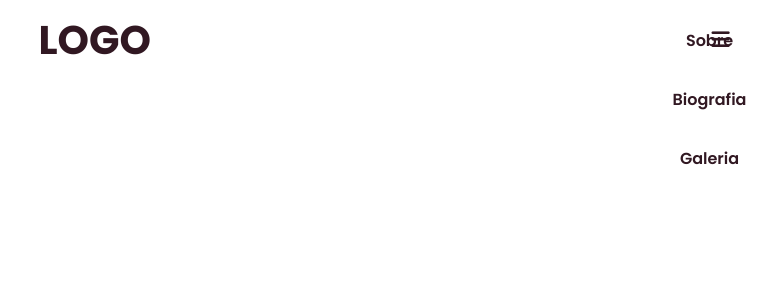
Repository: Matheus904-12/Teste
Page: teste.html
An editor plug-in stored every save of this project. The page is shown before and after a run of saves, followed by the edit.
The browser window is 768 px wide. The pictures show the whole page.
Some web libraries are served in a nearby version.

Above is the page before, as saved 2023-11-01 10:19:57.

After the next 3 saves:
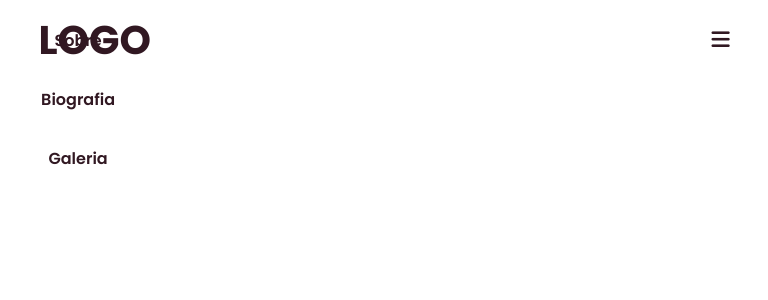
The 3 saves are shown as one change because they came seconds apart.
The last was saved 9 s later.
--- a/css.css
+++ b/css.css
@@ -80,6 +80,6 @@ header nav #toggle {
         flex-direction: column;
         row-gap: 2rem;
         position: absolute;
-
+        left: -00%;
     }
 }
